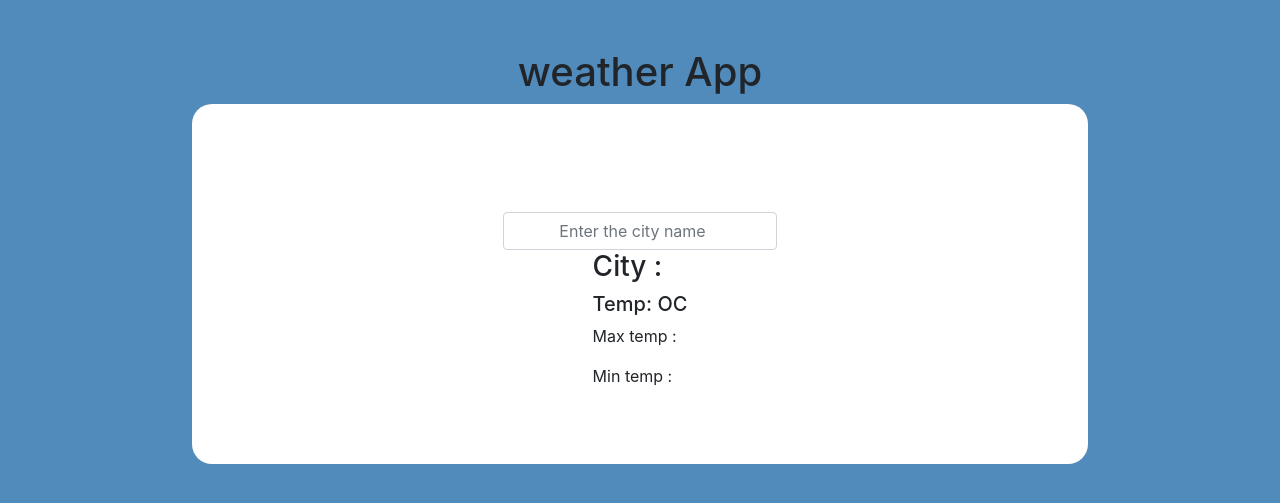
Repository: subhaDTECH/weather-app
Page: /
An editor plug-in stored every save of this project. The page is shown before and after the next save, followed by the edit.
The browser window is 1280 px wide. The pictures show the whole page.
The page's requests for data from a server got no answer. The project was rebuilt for these pictures with package versions that can differ from the ones it lists, and the page was loaded fresh each time. No one was signed in, and anything a server would have sent is missing.

Above is the page before, as saved 2021-11-19 16:25:56.

After the next save:
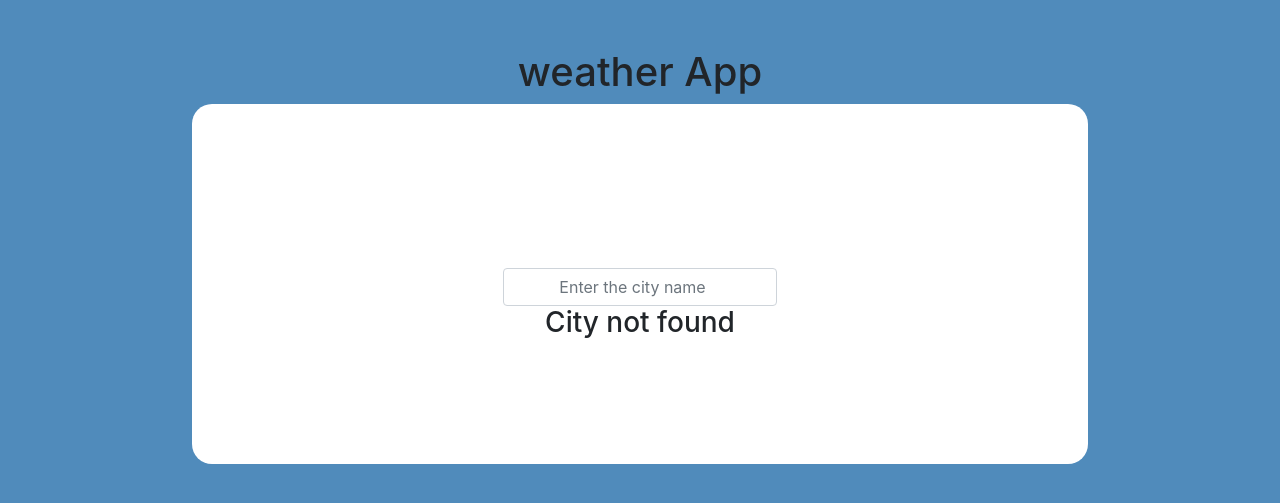
Saved 3 min 58 s later.
--- a/src/App.js
+++ b/src/App.js
@@ -43,13 +43,21 @@
 
 
            </div>
-           <div className="info_box">
+           {search ? (<div className="info_box">
                <h3>City :{search}</h3>
               <h5>Temp:{city?.temp} OC</h5>
                <p>Max temp :{city?.temp_max}</p>
                <p>Min temp :{city?.temp_min}</p>
 
+           </div>):(
+            <div className="info_box">
+               <h3>City not found</h3>
+
+
            </div>
+
+           )}
+
 
 
 

After the save that followed:
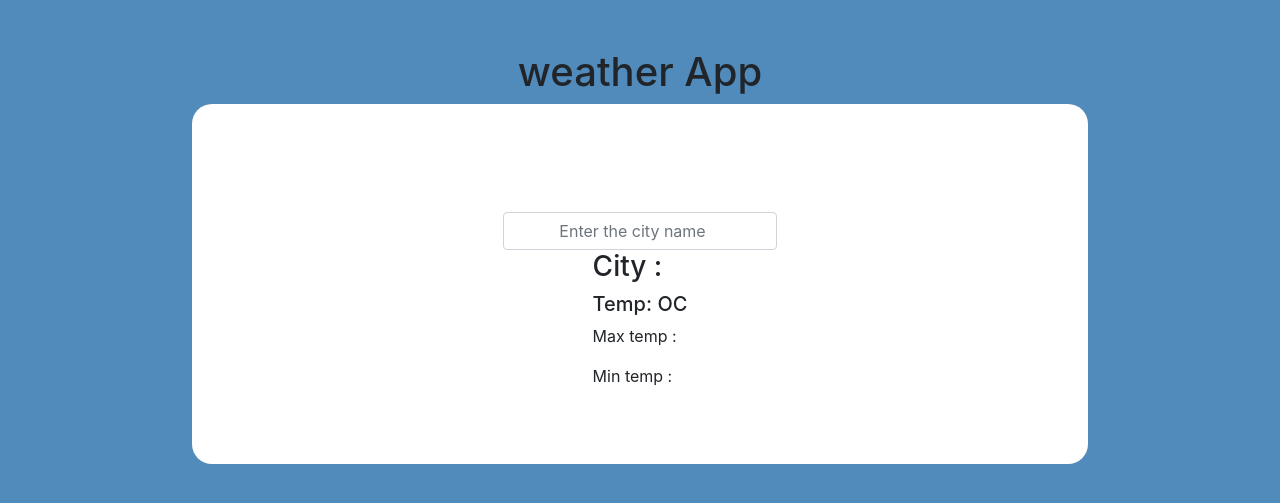
Saved 60 s later.
--- a/src/App.js
+++ b/src/App.js
@@ -43,7 +43,7 @@
 
 
            </div>
-           {search ? (<div className="info_box">
+           {city ? (<div className="info_box">
                <h3>City :{search}</h3>
               <h5>Temp:{city?.temp} OC</h5>
                <p>Max temp :{city?.temp_max}</p>
